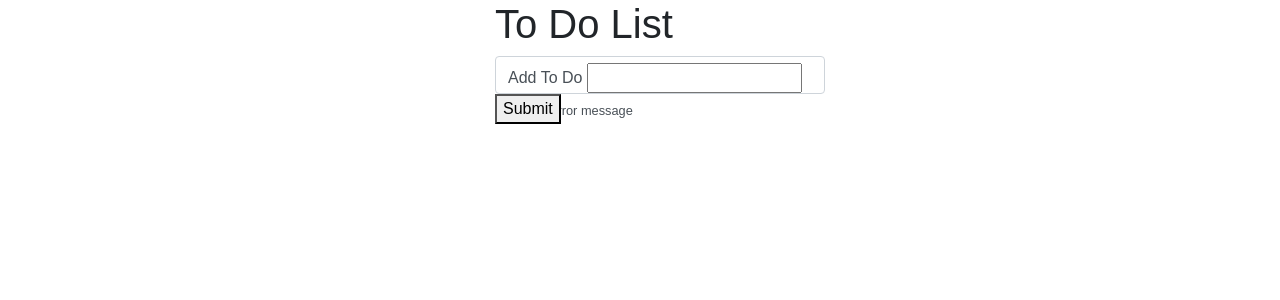
Repository: skepp4rn/todolist
Page: index.html
These files come from the project's save history. The page is drawn as it stood at one moment and after the next save; the edit follows.
The browser window is 1280 px wide. The pictures show the whole page.
The page's requests for data from a server got no answer. Some web libraries are served in a nearby version.

Above is the page before, as saved 2021-01-28 11:30:54.

### index.html
<!DOCTYPE html>
<html lang="sv">
<head>
    <meta charset="UTF-8">
    <meta name="viewport" content="width=device-width, initial-scale=1.0">

    <script src="https://kit.fontawesome.com/ef4c0722a8.js" crossorigin="anonymous"></script>
    <link rel="stylesheet" href="https://cdn.jsdelivr.net/npm/bootstrap@4.5.3/dist/css/bootstrap.min.css" integrity="sha384-TX8t27EcRE3e/ihU7zmQxVncDAy5uIKz4rEkgIXeMed4M0jlfIDPvg6uqKI2xXr2" crossorigin="anonymous">
    <link rel="stylesheet" href="css/style.css">

    <title>Todo</title>
</head>
<body>
    <div class="container">
        <div id="header">
            <h1>To Do List</h1>
        </div>

        <form class="form" id="form">
            <div class="form-control">
                <label>Add To Do</label>
                <input type="text" id="addToDo">
                <i class="fas fa-check-circle"></i>
                <i class="fas fa-exclamation-circle"></i>
                <small>Error message</small>
            </div>

            <button id="subbtn">Submit</button>
        </form>
    </div>

    <div class="container2">
        <div id="list"></div>
    </div>

    <script src="https://code.jquery.com/jquery-3.5.1.slim.min.js" integrity="sha384-DfXdz2htPH0lsSSs5nCTpuj/zy4C+OGpamoFVy38MVBnE+IbbVYUew+OrCXaRkfj" crossorigin="anonymous"></script>
    <script src="https://cdn.jsdelivr.net/npm/bootstrap@4.5.3/dist/js/bootstrap.bundle.min.js" integrity="sha384-ho+j7jyWK8fNQe+A12Hb8AhRq26LrZ/JpcUGGOn+Y7RsweNrtN/tE3MoK7ZeZDyx" crossorigin="anonymous"></script>
    <script src="https://cdnjs.cloudflare.com/ajax/libs/uuid/8.1.0/uuidv4.min.js"></script>
    <script src="script.js"></script>
</body>

### css/style.css
html, body {
    width: 50%;
    margin: auto;
    font-family: Arial, Helvetica, sans-serif;
}

.container {
    width: 360px;
}

.inputField

### script.js
let ToDo = [];
let addToDos = document.getElementById('addToDo');
let form = document.getElementById('form');
let check = false;
let subbtn = document.getElementById('subbtn');
let list = document.querySelector('#list');
const fetchTodos = () => {
    fetch('https://jsonplaceholder.typicode.com/todos?_start20=&_limit=10')
    .then(res => res.json())
    .then(data => {
      ToDo = data;
      listelement(ToDo);
    })
}
fetchTodos();

const listelement = (ToDo) => {
    list.innerHTML = '';
    ToDo.forEach(todo => {
        list.innerHTML += newTodo(todo);
    })
    console.log(ToDo);
}

const newTodo = todo => {

    let template = todo.completed ? `
    <div id="${todo.id}" class="todoinput completed">
        <div class="todobox">
          <h3 class="title">${todo.title}</h3>
            <div class="knappar">
                <button class="fas fa-undo"></button>
                <button class="fas fa-trash"></button>
            </div>
        </div>
    </div>
    `
    : `
    <div id="${todo.id}" class="todoinput">
        <div class="todobox">
            <h3 class="title">${todo.title}</h3>
            <button class="done">Done</button>
        </div>
    </div>
    `
    return template
  }


  const createTodo = (title) => {

    fetch('https://jsonplaceholder.typicode.com/todos',{
      method: 'POST',
      headers: {
        'Content-type': 'application/json; charset=UTF-8'
      },
      body: JSON.stringify({
        title,
        completed: false
      })
    })
    .then(res => res.json())
    .then(data => {
        let _todo = {
            title: data.title,
            completed: data.completed,
            id: uuidv4()
        }
      console.log(data)
      ToDo.unshift(_todo);
      listelement(ToDo);
    })
}

form.addEventListener('submit', (e) => {
    e.preventDefault();

    checkInputs();

    if(check == true) {
        removeinput(addToDos);

        createTodo(addToDos.value)
        listelement(ToDo);

        addToDos.value = '';
    }
});

function checkInputs() {
    let addToDosValue = addToDos.value.trim();

    if(addToDosValue === ``) {
    setErrorFor(addToDos, `To Do cannot be blank`);

    } else {
        setSuccessFor(addToDos);
    }
}

function setErrorFor(input, message) {
    let formControl = input.parentElement;
    let small = formControl.querySelector('small');
    small.innerText = message;
    formControl.className = 'form-control error';
    check = false;
}

function setSuccessFor(input) {
    let formControl = input.parentElement;
    formControl.className = 'form-control success';
    check = true;
}

function removeinput(input) {
    let formControl = input.parentElement;
    formControl.className = 'form-control';
}

list.addEventListener('click', (e) => {
    if(e.target.classList.contains('done')) {
        complete(e.target.parentNode.parentNode.id)
    }
    else if(e.target.classList.contains('fa-undo')) {
        complete(e.target.parentNode.parentNode.parentNode.id)
    }
})

function complete(id) {
    ToDo.map(todo => {
        if(todo.id == id){
            todo.completed = !todo.completed
        }
        return todo
    })
    listelement(ToDo)
}

list.addEventListener('click', (e) => {

    if(e.target.classList.contains('fa-trash')) {
        ToDo = ToDo.filter(removetodo => removetodo.id != e.target.parentNode.parentNode.parentNode.id)
        listelement(ToDo)
    }
});

After the next save:
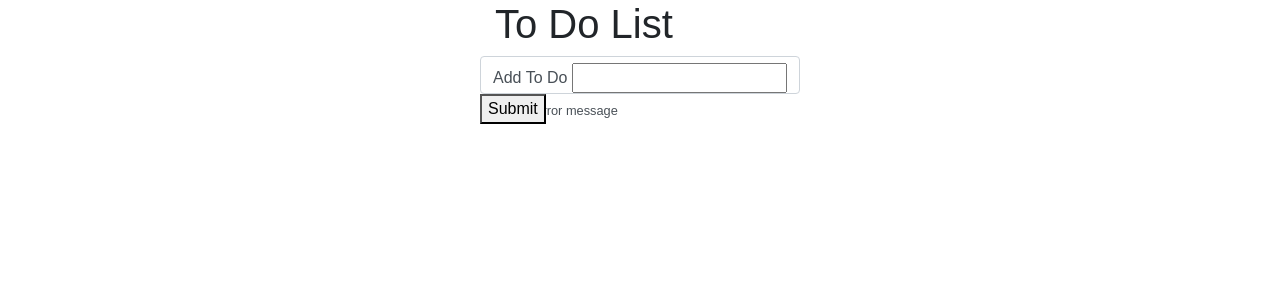
Saved 60 s later.
--- a/index.html
+++ b/index.html
@@ -12,7 +12,6 @@
 </head>
 <body>
     <div class="container">
-        <div id="header">
             <h1>To Do List</h1>
         </div>
 
